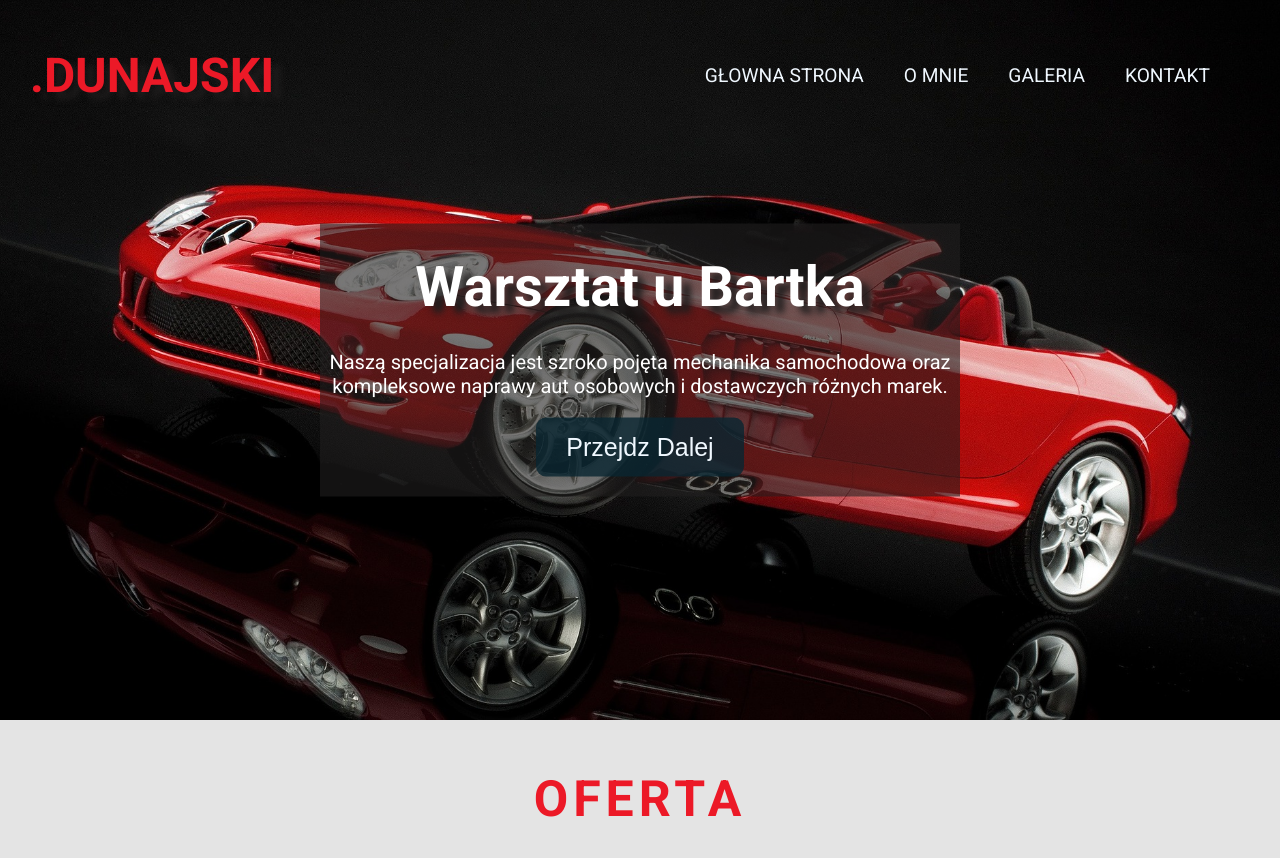
Repository: emas130/car-workshop-website
Page: index.html
An editor plug-in stored every save of this project. The page is shown before and after the next save, followed by the edit.
The browser window is 1280 px wide. The pictures show the part of the page from y = 0 to 858 px (the page is 1578 px tall).
A picture or video elsewhere on the page could not be fetched, so the positions and the page height are approximate. Some web libraries are served in a nearby version.

Above is the page before, as saved 2018-09-27 19:16:24.

After the next save:
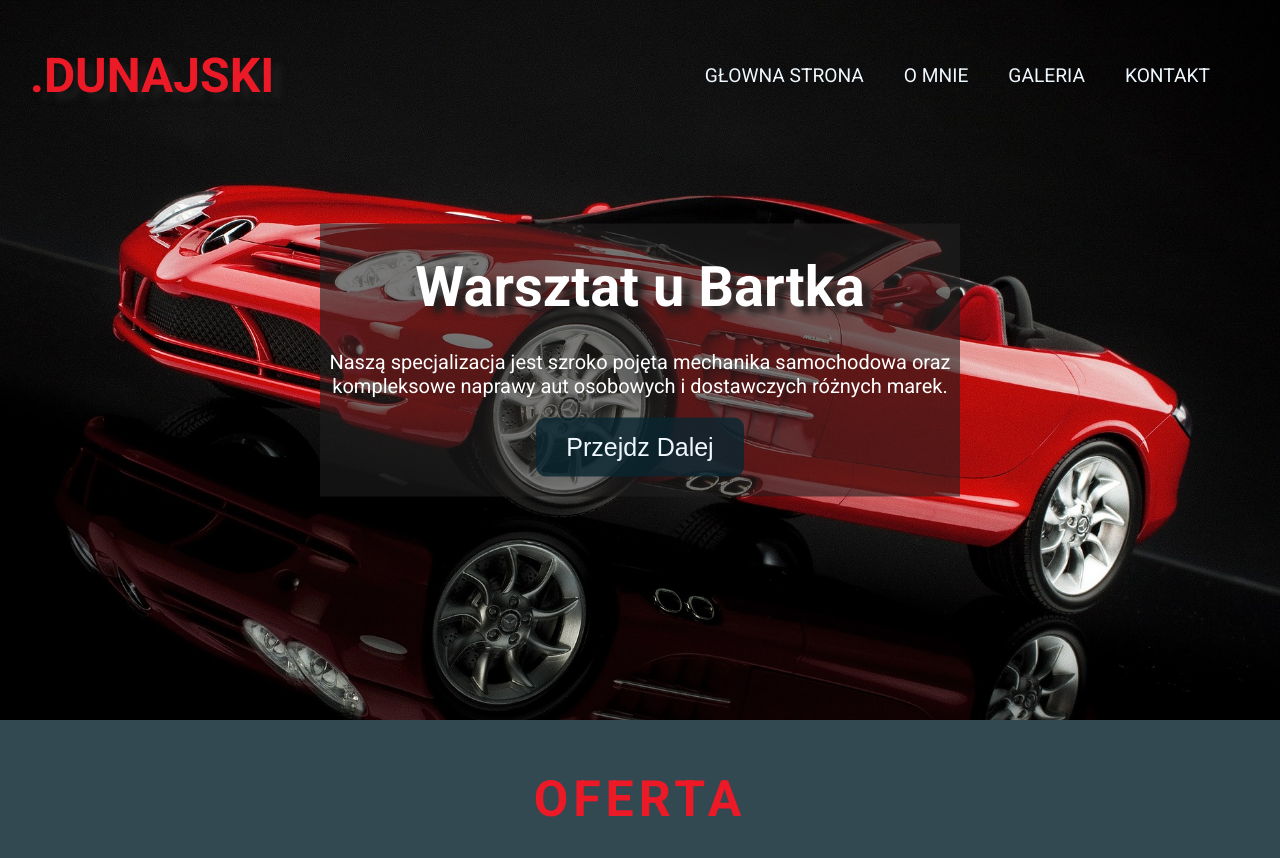
Saved 34 s later.
--- a/style.css
+++ b/style.css
@@ -111,7 +111,7 @@ button {
 .wraper {
 	margin: 0 auto;
 	text-align: center;
-	background-attachment: scroll;
+	background: rgba(9, 37, 48, 0.81);
 }
 
 .wraper h1 {
